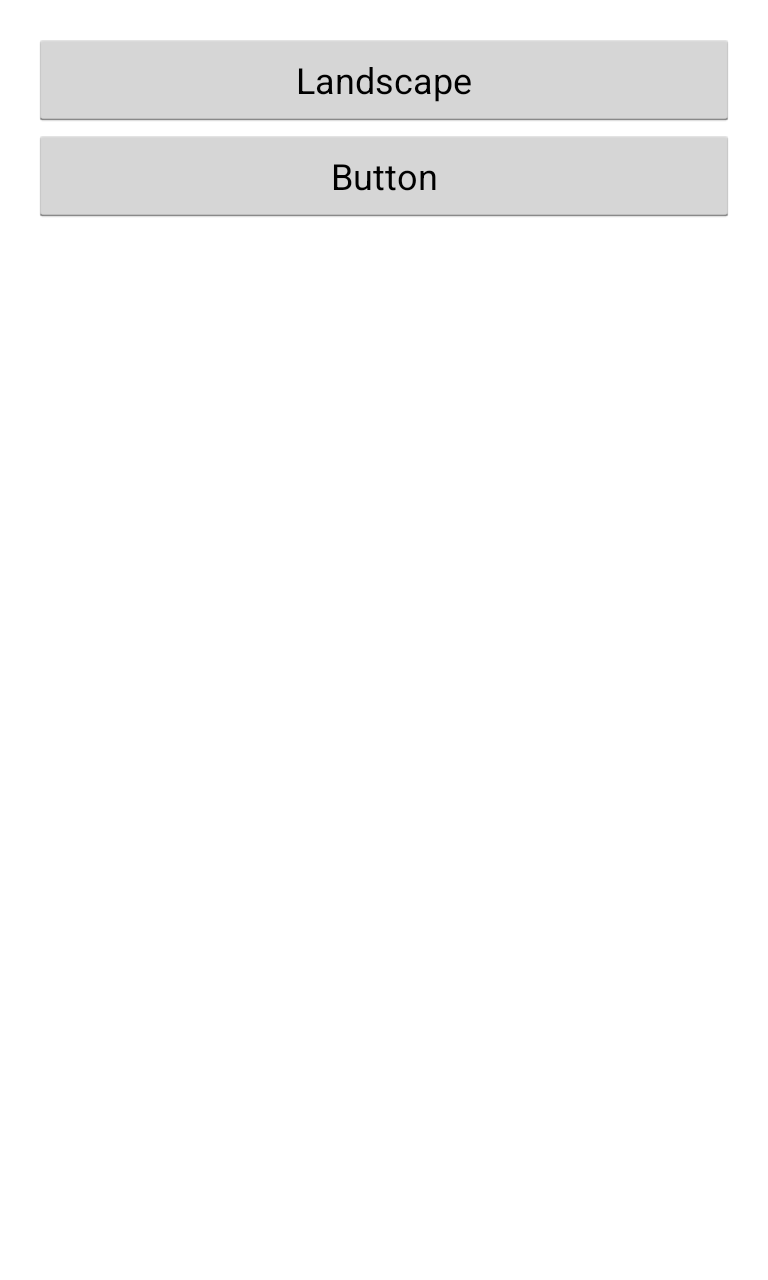
Repository: krishnaray/Android-Mithun
Layout: OrientationApp/res/layout/activity_main.xml
These files come from the project's save history. The layout is drawn as it stood at one moment and after the next save; the edit follows.
It is drawn on a 768 x 1280 px phone screen (xhdpi) without system bars, with theme AppTheme; the app's code is not run.

Above is the layout before, as saved 2015-02-07 20:38:22.

### OrientationApp/res/layout/activity_main.xml
<RelativeLayout xmlns:android="http://schemas.android.com/apk/res/android"
    xmlns:tools="http://schemas.android.com/tools"
    android:layout_width="match_parent"
    android:layout_height="match_parent"
    android:paddingBottom="@dimen/activity_vertical_margin"
    android:paddingLeft="@dimen/activity_horizontal_margin"
    android:paddingRight="@dimen/activity_horizontal_margin"
    android:paddingTop="@dimen/activity_vertical_margin"
    tools:context="com.lict.orientationapp.MainActivity" >

    <LinearLayout
        android:id="@+id/linearLayout1"
        android:layout_width="match_parent"
        android:layout_height="wrap_content"
        android:orientation="vertical" >

        <Button
            android:id="@+id/button1"
            android:layout_width="match_parent"
            android:layout_height="wrap_content"
            android:text="Landscape" />

        <Button
            android:id="@+id/button2"
            android:layout_width="match_parent"
            android:layout_height="wrap_content"
            android:text="Button" />

    </LinearLayout>

</RelativeLayout>

Loaded but not shown: OrientationApp/res/values/styles.xml (common file); OrientationApp/res/values-v11/styles.xml (common file); OrientationApp/res/values-v14/styles.xml (common file); OrientationApp/res/values/dimens.xml (common file); OrientationApp/res/values-w820dp/dimens.xml (common file)

After the next save:
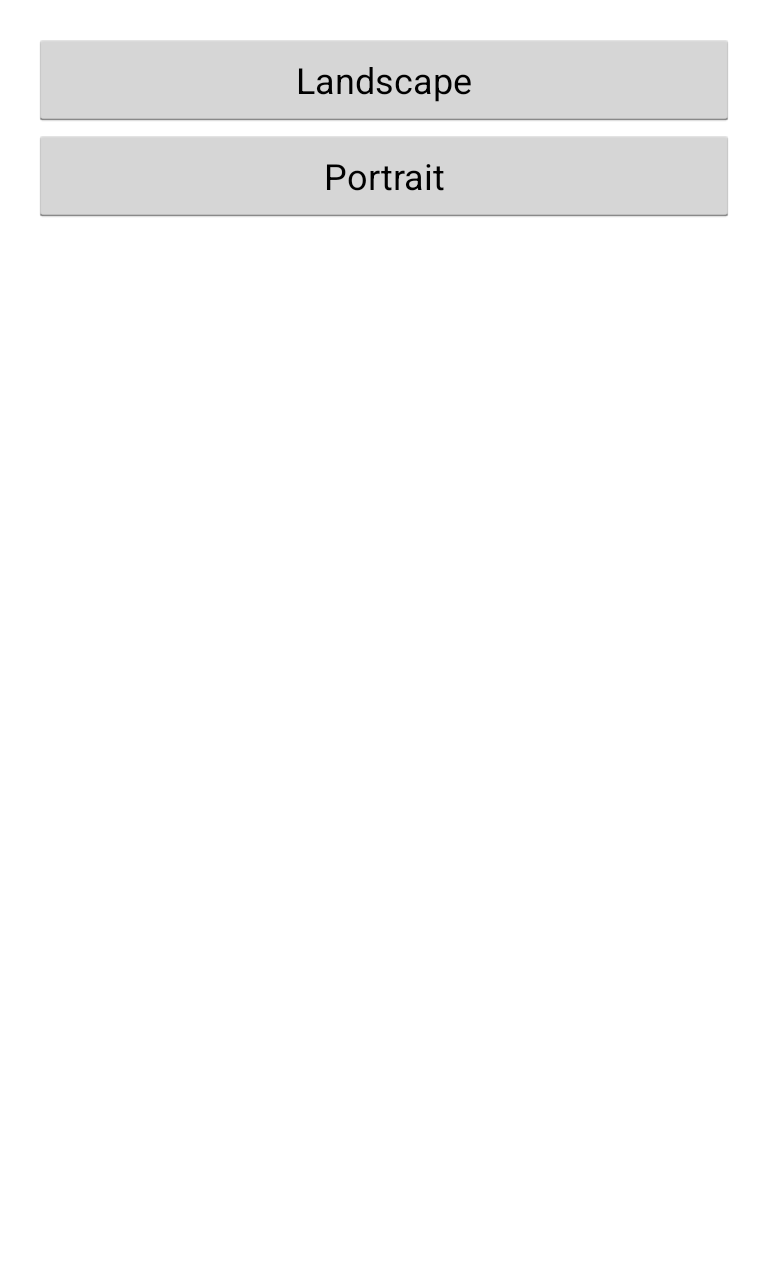
Saved 10 s later.
--- a/OrientationApp/res/layout/activity_main.xml
+++ b/OrientationApp/res/layout/activity_main.xml
@@ -24,7 +24,7 @@
             android:id="@+id/button2"
             android:layout_width="match_parent"
             android:layout_height="wrap_content"
-            android:text="Button" />
+            android:text="Portrait" />
 
     </LinearLayout>
 
